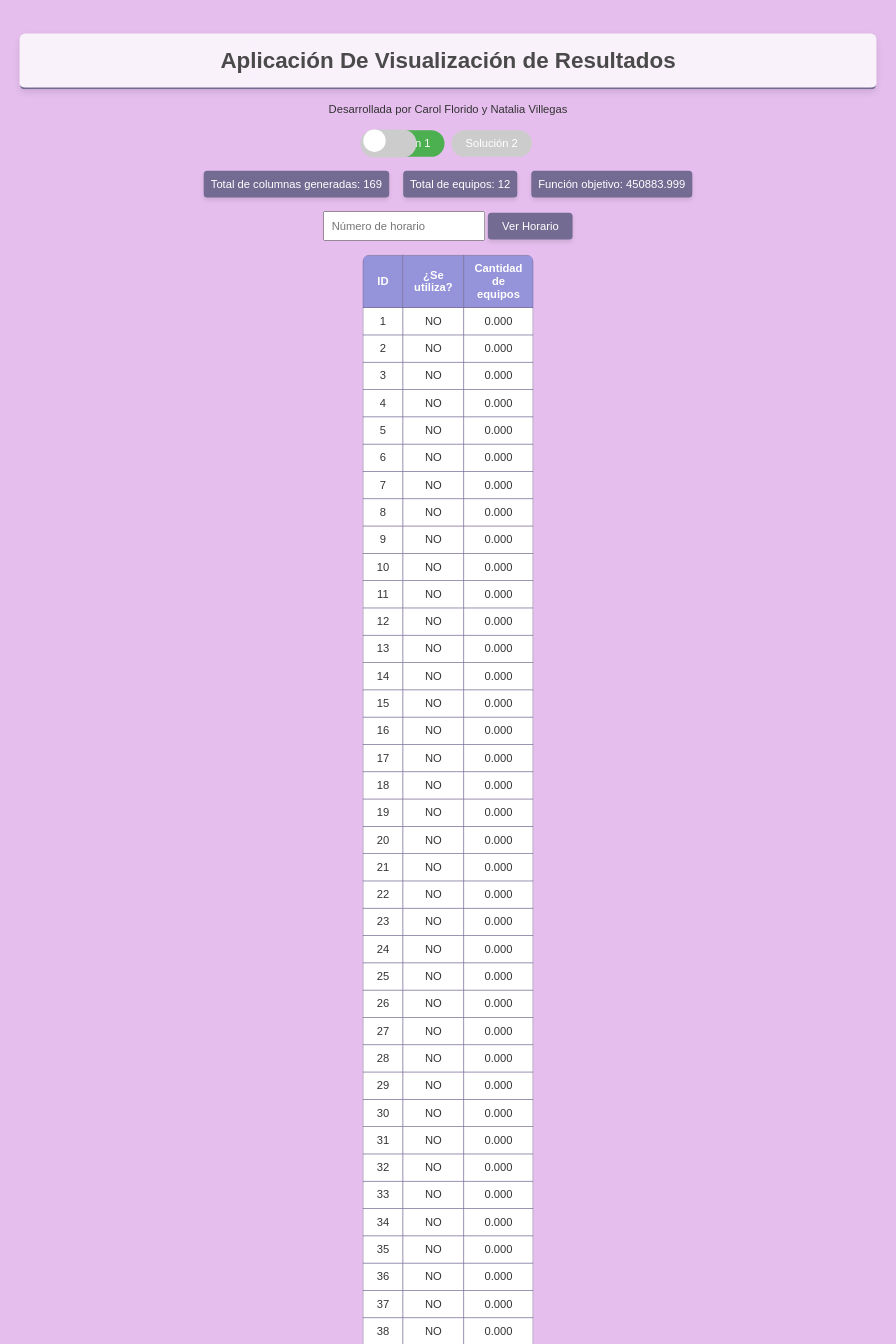
Repository: cflorido/Front_T3
Page: index.html
An editor plug-in stored every save of this project. The page is shown before and after the next save, followed by the edit.
The browser window is 1280 px wide. The pictures show the part of the page from y = 0 to 1920 px (the page is 7129 px tall before and 7131 px after), at 70% of full size.

Above is the page before, as saved 2024-10-22 23:28:05.

### index.html
<!DOCTYPE html>
<html lang="es">
<head>
    <meta charset="UTF-8">
    <meta name="viewport" content="width=device-width, initial-scale=1.0">
    <title>Aplicación Visualización de Datos</title>
    <style>
        body {
            font-family: Arial, sans-serif;
            background-color: #E5BEED;
            color: #333;
            text-align: center;
            padding: 20px;
        }
        .container {
            display: flex;
            justify-content: space-between;
        }
        button {
            padding: 10px 20px;
            font-size: 16px;
            cursor: pointer;
            background-color: #736B92;
            color: white;
            border: none;
            border-radius: 5px;
            transition: background-color 0.3s;
            box-shadow: 0 4px 6px rgba(0, 0, 0, 0.1);
        }
        button:hover {
            background-color: #7D5C65;
        }
        #tablaEquipos {
            width: 20%; /* 20% del ancho de la pantalla */
            border-collapse: collapse;
            text-align: left;
        }
        #tablaEquipos th, #tablaEquipos td {
            border: 1px solid #736B92;
            padding: 10px;
        }
        #tablaEquipos th {
            background-color: #9593D9;
            color: white;
        }
        #tablaEquipos td {
            background-color: #fff;
        }
        #contenido {
            width: 75%; /* 75% del ancho de la pantalla */
            margin-top: 20px;
            padding: 10px;
            border: 1px solid #7C90DB;
            background-color: #fff;
            border-radius: 8px;
            box-shadow: 0 2px 10px rgba(0, 0, 0, 0.2);
            display: none;
        }
        table {
            margin: 20px auto;
            border-collapse: collapse;
            width: 100%;
            border-radius: 10px;
            overflow: hidden;
        }
        th, td {
            border: 1px solid #736B92;
            padding: 10px;
            text-align: center;
            width: 14.28%;
        }
        th {
            background-color: #9593D9;
            color: white;
            font-weight: bold;
        }
        td {
            background-color: #ffffff;
            transition: background-color 0.3s;
        }
        td.utilizado {
            background-color: #7C90DB;
            color: #ffffff;
            font-weight: bold;
        }
        .footer {
            margin-top: 20px;
            font-size: 14px;
            color: #736B92;
        }
        .info-container {
            display: flex;
            justify-content: center;
            margin-bottom: 20px;
        }
        .info-box {
            margin: 0 10px;
            padding: 10px;
            background-color: #736B92;
            color: white;
            border-radius: 5px;
            box-shadow: 0 4px 6px rgba(0, 0, 0, 0.1);
        }
        .titulo {
            font-size: 2em; /* Tamaño del texto */
            font-family: 'Arial', sans-serif; /* Tipo de letra elegante */
            color: #4A4A4A; /* Color del texto */
            text-align: center; /* Centrar texto */
            margin: 20px 0; /* Espaciado superior e inferior */
            padding: 20px; /* Espaciado interno */
            border-bottom: 3px solid #736B92; /* Línea decorativa inferior */
            background-color: rgba(255, 255, 255, 0.8); /* Fondo blanco con opacidad */
            border-radius: 8px; /* Bordes redondeados */
            box-shadow: 0 4px 10px rgba(0, 0, 0, 0.1); /* Sombra sutil */
            transition: color 0.3s, transform 0.3s; /* Transición suave */
        }

        .titulo:hover {
            color: #7D5C65; /* Cambiar color del texto al pasar el ratón */
            transform: translateY(-3px); /* Efecto de desplazamiento al pasar el ratón */
        }

        .switch-container {
            display: flex;
            justify-content: center;
            align-items: center;
            margin: 20px 0;
        }

        .switch {
            position: relative;
            display: flex;
            align-items: center;
        }

        .switch input {
            display: none;
        }

        .switch-label {
            padding: 10px 20px;
            background-color: #ccc;
            color: #fff;
            border-radius: 30px;
            cursor: pointer;
            transition: background-color 0.3s;
            margin: 0 5px;
        }

        .switch input:checked + .switch-label {
            background-color: #4CAF50; /* Color verde para la opción seleccionada */
        }

        .slider {
            position: absolute;
            height: 40px;
            width: 80px;
            background-color: #ccc;
            border-radius: 20px;
            transition: .4s;
        }

        input:checked + .switch-label + .slider {
            background-color: #4CAF50; /* Color verde para la opción seleccionada */
        }

        .slider:before {
            position: absolute;
            content: "";
            height: 32px;
            width: 32px;
            border-radius: 50%;
            background-color: white;
            transition: .4s;
            left: 4px;
        }

        input:checked + .switch-label + .slider:before {
            transform: translateX(40px); /* Mover el botón a la derecha */
        }

    </style>
</head>
<body>
    <h1 class="titulo">Aplicación De Visualización de Resultados</h1>

    <p>Desarrollada por Carol Florido y Natalia Villegas</p>

    <div class="switch-container">
        <div class="switch">
            <input type="radio" id="solucion1" name="solucion" value="1" onclick="cambiarSolucion(1)" checked>
            <label for="solucion1" class="switch-label">Solución 1</label>

            <input type="radio" id="solucion2" name="solucion" value="2" onclick="cambiarSolucion(2)">
            <label for="solucion2" class="switch-label">Solución 2</label>

            <span class="slider"></span>
        </div>
    </div>



    <div class="info-container">
        <div id="totalEquipos" class="info-box">Total de columnas generadas: 169</div>
        <div id="equipos" class="info-box">Total de equipos: 12</div> <!-- Agregado -->
        <div id="funcionObjetivo" class="info-box">Función objetivo: 450883.999</div> <!-- Agregado -->
    </div>

    <input type="number" id="numeroLinea" placeholder="Número de horario" min="1" style="padding: 10px; font-size: 16px;">
    <button onclick="cargarLinea()">Ver Horario</button>

    <div class="container">
        <!-- Tabla de equipos en el lado izquierdo -->
        <table id="tablaEquipos">
            <thead>
                <tr>
                    <th>ID</th>
                    <th>¿Se utiliza?</th>
                    <th>Cantidad de equipos</th>
                </tr>
            </thead>
            <tbody></tbody>
        </table>

        <!-- Contenedor de la tabla de horarios -->
        <div id="contenido"></div>
    </div>

    <div class="footer">
        <p>&copy; 2024 Visualización de resultados tarea 3 Optimización Avanzada. Todos los derechos reservados.</p>
    </div>

    <script>
        let lineas = []; // Array para almacenar las líneas del archivo
        let equipos = []; // Array para almacenar la cantidad de equipos
        let solucionActual = 1; // Solución seleccionada por defecto


        function cambiarSolucion(numero) {
            solucionActual = numero;
            if (solucionActual === 1) {
                document.getElementById('totalEquipos').textContent = 'Total de equipos: 16';
                document.getElementById('funcionObjetivo').textContent = 'Función objetivo: 13';
            } else {
                document.getElementById('totalEquipos').textContent = 'Total de equipos: 12';
                document.getElementById('funcionObjetivo').textContent = 'Función objetivo: 450883.999';
            }
            cargarContenido(); // Recargar el contenido con la solución seleccionada
        }

        // Función para cargar el contenido de los archivos
        function cargarContenido() {
            fetch('data_1.txt')
                .then(response => {
                    if (!response.ok) {
                        throw new Error('Error al cargar el archivo: ' + response.statusText);
                    }
                    return response.text();
                })
                .then(data => {
                    lineas = data.split('\n');
                })
                .catch(error => {
                    console.error(error);
                    alert('No se pudo cargar el contenido.');
                });

            // Cargar el contenido del archivo de equipos
            fetch('equipos_1.txt')
                .then(response => {
                    if (!response.ok) {
                        throw new Error('Error al cargar el archivo de equipos: ' + response.statusText);
                    }
                    return response.text();
                })
                .then(data => {
                    equipos = data.split('\n').map(line => {
                        const [numero, cantidad] = line.split(',').map(Number);
                        return { numero, cantidad: parseFloat(cantidad).toFixed(3) }; // Redondear a 3 decimales
                    });
                    mostrarEquipos(); // Mostrar la tabla de equipos
                })
                .catch(error => {
                    console.error(error);
                    alert('No se pudo cargar el contenido de equipos.');
                });
        }

        // Función para mostrar la tabla de equipos
        function mostrarEquipos() {
            const tablaEquiposBody = document.querySelector('#tablaEquipos tbody');
            tablaEquiposBody.innerHTML = ''; // Limpiar el contenido previo

            equipos.forEach(equipo => {
                const fila = document.createElement('tr');
                const celdaId = document.createElement('td');
                const celdaUtiliza = document.createElement('td');
                const celdaCantidad = document.createElement('td');

                celdaId.textContent = equipo.numero;
                celdaUtiliza.textContent = equipo.cantidad > 0 ? 'SI' : 'NO';
                celdaCantidad.textContent = equipo.cantidad;

                fila.appendChild(celdaId);
                fila.appendChild(celdaUtiliza);
                fila.appendChild(celdaCantidad);

                tablaEquiposBody.appendChild(fila);
            });
        }

        // Función para mostrar la línea seleccionada
        function cargarLinea() {
            const numeroLinea = document.getElementById("numeroLinea").value;
            const contenidoDiv = document.getElementById("contenido");

            // Verificar si el número de línea es válido
            if (numeroLinea > 0 && numeroLinea <= lineas.length) {
                const horario = JSON.parse("[" + lineas[numeroLinea - 1] + "]"); // Parsear la línea como JSON con corchetes
                const equipoSeleccionado = equipos.find(e => e.numero === parseInt(numeroLinea));

                // Mostrar la cantidad de equipos arriba del horario
                contenidoDiv.innerHTML = `<h3>Cantidad de equipos: ${equipoSeleccionado ? equipoSeleccionado.cantidad : 'No disponible'}</h3>`;

                mostrarHorario(horario); // Mostrar el horario en forma de tabla
                contenidoDiv.style.display = 'block'; // Muestra el div
            } else {
                alert('Número de línea no válido. Intenta de nuevo.');
            }
        }

        // Función para mostrar el horario en una tabla
        function mostrarHorario(horario) {
            const contenidoDiv = document.getElementById("contenido");

            // Crear la tabla
            const tabla = document.createElement('table');
            const thead = document.createElement('thead');
            const tbody = document.createElement('tbody');

            // Crear encabezado de la tabla
            const encabezado = document.createElement('tr');
            const dias = ['Franja Horaria', 'Lunes', 'Martes', 'Miércoles', 'Jueves', 'Viernes', 'Sábado', 'Domingo'];
            dias.forEach(dia => {
                const th = document.createElement('th');
                th.textContent = dia;
                encabezado.appendChild(th);
            });
            thead.appendChild(encabezado);
            tabla.appendChild(thead);

            // Crear filas de horarios
            for (let i = 0; i < 12; i++) {
                const fila = document.createElement('tr');

                const horaInicio = (i * 2) % 24;
                const horaFin = (horaInicio + 2) % 24;
                const franjaHoraria = `${horaInicio < 10 ? '0' : ''}${horaInicio}:00 - ${horaFin < 10 ? '0' : ''}${horaFin}:00`;

                const celdaFranja = document.createElement('td');
                celdaFranja.textContent = franjaHoraria;
                fila.appendChild(celdaFranja);

                for (let j = 0; j < 7; j++) {
                    const celda = document.createElement('td');
                    celda.textContent = horario[i * 7 + j];
                    if (horario[i * 7 + j] === 1) {
                        celda.classList.add('utilizado'); // Agregar clase si se usa
                    }
                    fila.appendChild(celda);
                }
                tbody.appendChild(fila);
            }

            tabla.appendChild(tbody);
            contenidoDiv.appendChild(tabla);
        }

        // Cargar el contenido de los archivos al iniciar la página
        window.onload = cargarContenido;
    </script>
</body>
</html>

After the next save:
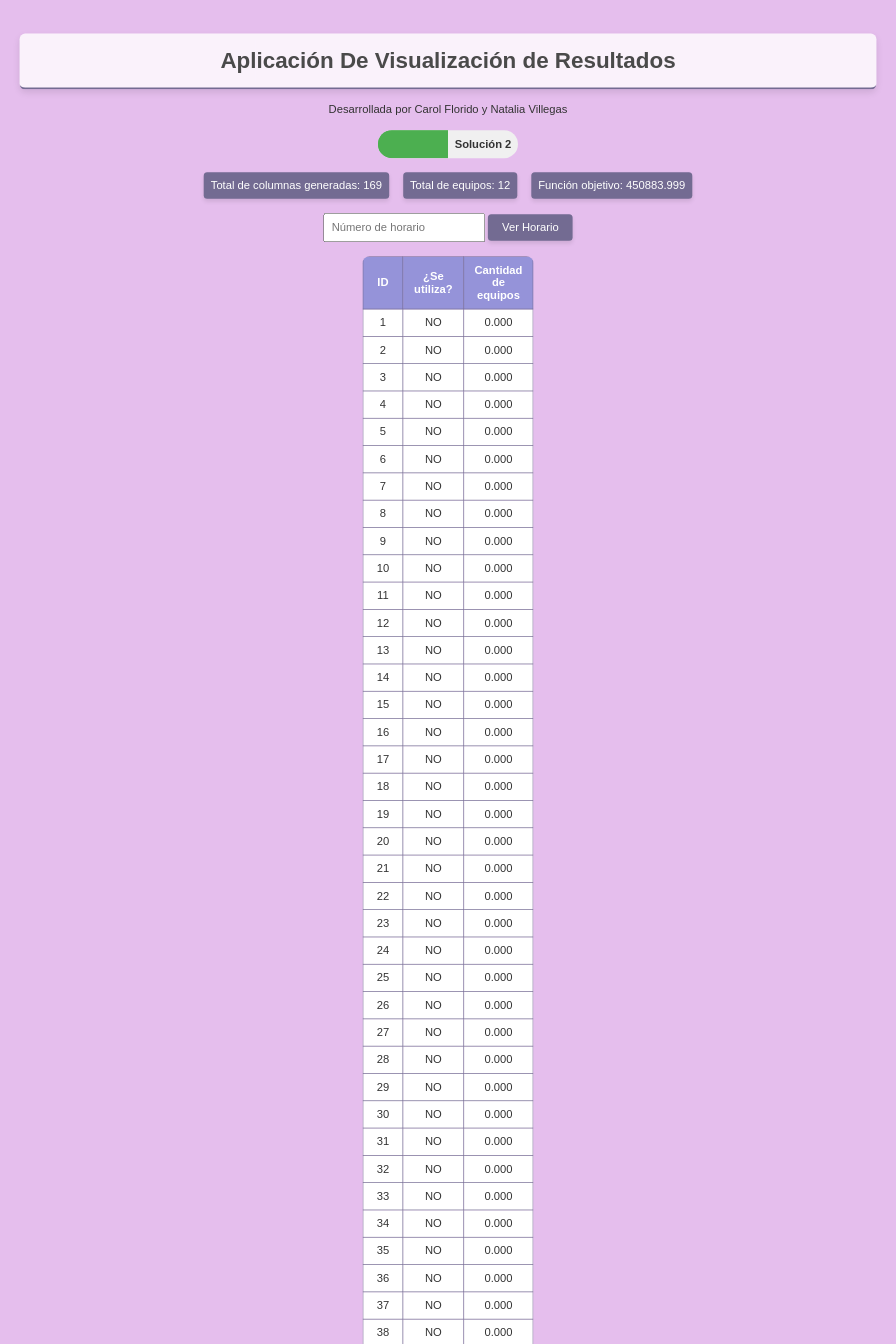
Saved 61 s later.
--- a/index.html
+++ b/index.html
@@ -121,63 +121,51 @@
         }
 
         .switch-container {
-            display: flex;
-            justify-content: center;
-            align-items: center;
-            margin: 20px 0;
-        }
-
-        .switch {
-            position: relative;
-            display: flex;
-            align-items: center;
-        }
-
-        .switch input {
-            display: none;
-        }
-
-        .switch-label {
-            padding: 10px 20px;
-            background-color: #ccc;
-            color: #fff;
-            border-radius: 30px;
-            cursor: pointer;
-            transition: background-color 0.3s;
-            margin: 0 5px;
-        }
-
-        .switch input:checked + .switch-label {
-            background-color: #4CAF50; /* Color verde para la opción seleccionada */
-        }
-
-        .slider {
-            position: absolute;
-            height: 40px;
-            width: 80px;
-            background-color: #ccc;
-            border-radius: 20px;
-            transition: .4s;
-        }
-
-        input:checked + .switch-label + .slider {
-            background-color: #4CAF50; /* Color verde para la opción seleccionada */
-        }
-
-        .slider:before {
-            position: absolute;
-            content: "";
-            height: 32px;
-            width: 32px;
-            border-radius: 50%;
-            background-color: white;
-            transition: .4s;
-            left: 4px;
-        }
-
-        input:checked + .switch-label + .slider:before {
-            transform: translateX(40px); /* Mover el botón a la derecha */
-        }
+    display: flex;
+    justify-content: center;
+    margin: 20px 0;
+}
+
+.switch {
+    display: flex;
+    border-radius: 25px;
+    overflow: hidden;
+    width: 200px; /* Ancho total del switch */
+    height: 40px; /* Altura del switch */
+    background-color: #f0f0f0; /* Color de fondo del switch */
+    cursor: pointer;
+    position: relative;
+    transition: background-color 0.3s;
+}
+
+.option {
+    flex: 1;
+    display: flex;
+    align-items: center;
+    justify-content: center;
+    font-weight: bold;
+    transition: background-color 0.3s, color 0.3s;
+}
+
+.option.active {
+    background-color: #4CAF50; /* Color de fondo para la opción activa */
+    color: white; /* Color del texto para la opción activa */
+}
+
+.option:not(.active):hover {
+    background-color: #ddd; /* Color de fondo al pasar el mouse */
+}
+
+.switch::after {
+    content: '';
+    position: absolute;
+    top: 0;
+    left: 0;
+    width: 50%; /* Ancho de la opción activa */
+    height: 100%;
+    background-color: #4CAF50; /* Color de fondo para el switch */
+    transition: left 0.3s; /* Transición suave al cambiar */
+}
 
     </style>
 </head>
@@ -187,14 +175,9 @@
     <p>Desarrollada por Carol Florido y Natalia Villegas</p>
 
     <div class="switch-container">
-        <div class="switch">
-            <input type="radio" id="solucion1" name="solucion" value="1" onclick="cambiarSolucion(1)" checked>
-            <label for="solucion1" class="switch-label">Solución 1</label>
-
-            <input type="radio" id="solucion2" name="solucion" value="2" onclick="cambiarSolucion(2)">
-            <label for="solucion2" class="switch-label">Solución 2</label>
-
-            <span class="slider"></span>
+        <div class="switch" onclick="cambiarSolucion(1)">
+            <span class="option active">Solución 1</span>
+            <span class="option">Solución 2</span>
         </div>
     </div>
 

After the save that followed:
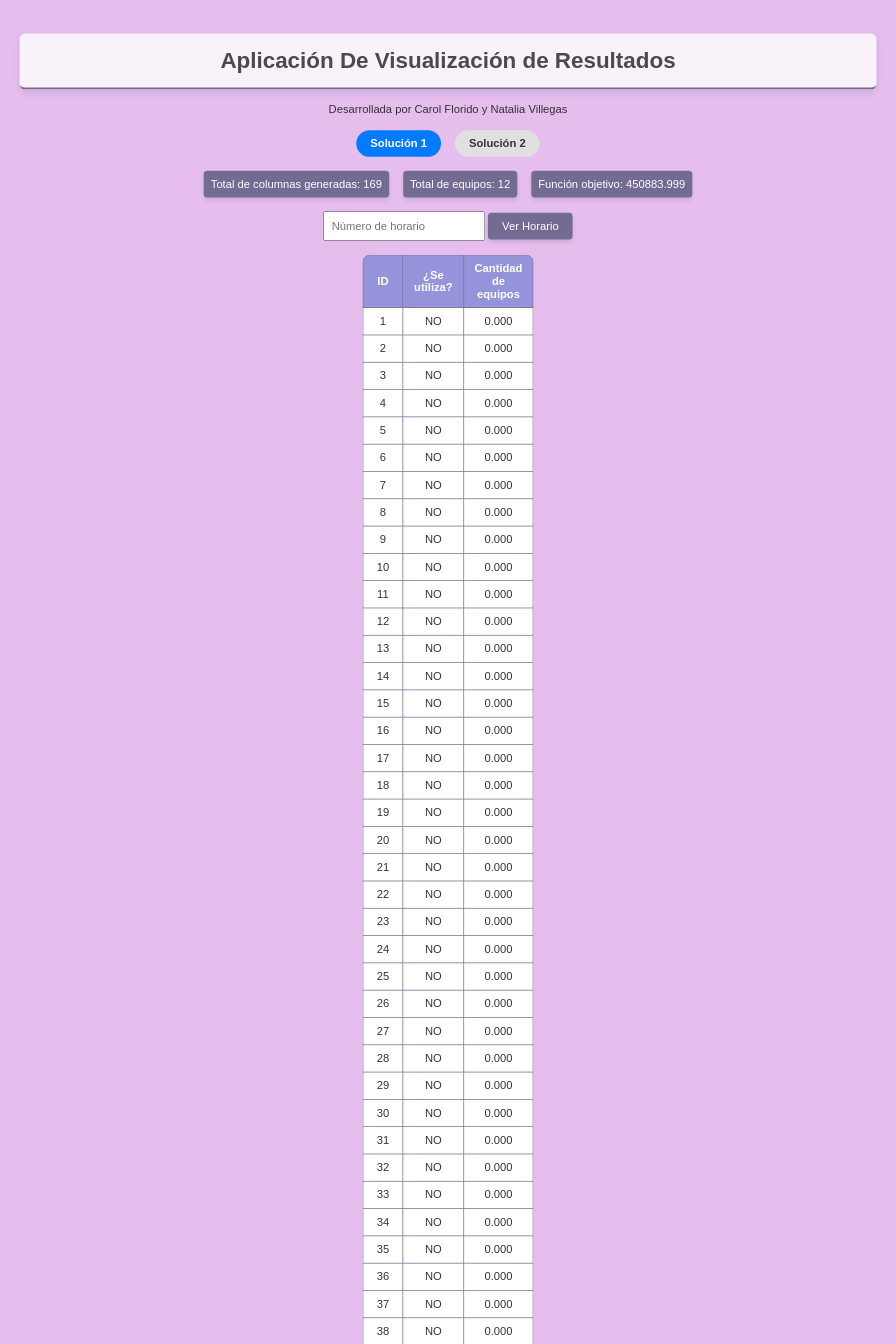
Saved 37 s later.
--- a/index.html
+++ b/index.html
@@ -120,52 +120,37 @@
             transform: translateY(-3px); /* Efecto de desplazamiento al pasar el ratón */
         }
 
-        .switch-container {
+        .solucion-switch {
     display: flex;
     justify-content: center;
+    align-items: center;
     margin: 20px 0;
 }
 
-.switch {
-    display: flex;
-    border-radius: 25px;
-    overflow: hidden;
-    width: 200px; /* Ancho total del switch */
-    height: 40px; /* Altura del switch */
-    background-color: #f0f0f0; /* Color de fondo del switch */
+.solucion-switch input {
+    display: none; /* Oculta los botones de opción por defecto */
+}
+
+.switch-label {
+    background-color: #e0e0e0; /* Color base */
+    color: #333; /* Color del texto */
+    padding: 10px 20px;
+    border-radius: 30px;
     cursor: pointer;
-    position: relative;
-    transition: background-color 0.3s;
-}
-
-.option {
-    flex: 1;
-    display: flex;
-    align-items: center;
-    justify-content: center;
+    margin: 0 10px;
+    transition: background-color 0.3s, color 0.3s;
     font-weight: bold;
-    transition: background-color 0.3s, color 0.3s;
-}
-
-.option.active {
-    background-color: #4CAF50; /* Color de fondo para la opción activa */
-    color: white; /* Color del texto para la opción activa */
-}
-
-.option:not(.active):hover {
-    background-color: #ddd; /* Color de fondo al pasar el mouse */
-}
-
-.switch::after {
-    content: '';
-    position: absolute;
-    top: 0;
-    left: 0;
-    width: 50%; /* Ancho de la opción activa */
-    height: 100%;
-    background-color: #4CAF50; /* Color de fondo para el switch */
-    transition: left 0.3s; /* Transición suave al cambiar */
-}
+}
+
+.switch-label:hover {
+    background-color: #c0c0c0; /* Color al pasar el mouse */
+}
+
+input:checked + .switch-label {
+    background-color: #007bff; /* Color de la opción seleccionada */
+    color: white; /* Color del texto en la opción seleccionada */
+}
+
 
     </style>
 </head>
@@ -174,11 +159,12 @@
 
     <p>Desarrollada por Carol Florido y Natalia Villegas</p>
 
-    <div class="switch-container">
-        <div class="switch" onclick="cambiarSolucion(1)">
-            <span class="option active">Solución 1</span>
-            <span class="option">Solución 2</span>
-        </div>
+    <div class="solucion-switch">
+        <input type="radio" id="solucion1" name="solucion" value="1" checked>
+        <label for="solucion1" class="switch-label">Solución 1</label>
+
+        <input type="radio" id="solucion2" name="solucion" value="2">
+        <label for="solucion2" class="switch-label">Solución 2</label>
     </div>
 
 
